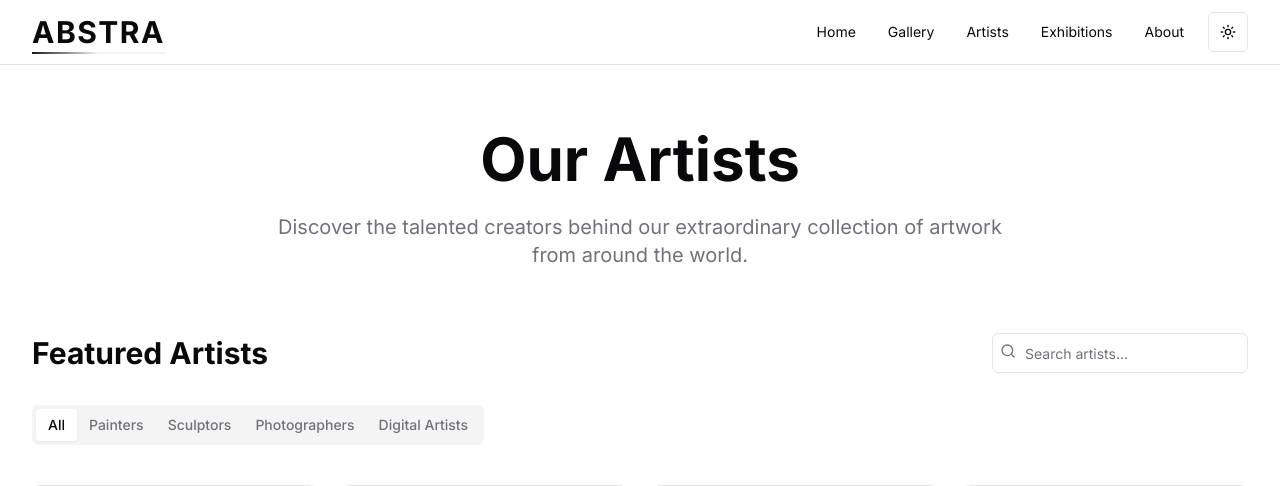
Repository: flow-ctrl369/gallery-cloneX
Page: /artists
These files come from the project's save history. The page is drawn as it stood at one moment and after the next save; the edit follows.
The browser window is 1280 px wide. The pictures show the part of the page from y = 0 to 486 px (the page is 1719 px tall).
Pictures or frames that could not be fetched are drawn as grey boxes. The project was rebuilt for these pictures with package versions that can differ from the ones it lists, and the page was loaded fresh each time. The framework's server and built-in components were replaced by stand-ins that run in the browser. Also part of the build but not shown: next.config.mjs.

Above is the page before, as saved 2025-06-02 02:17:52.

After the next save:
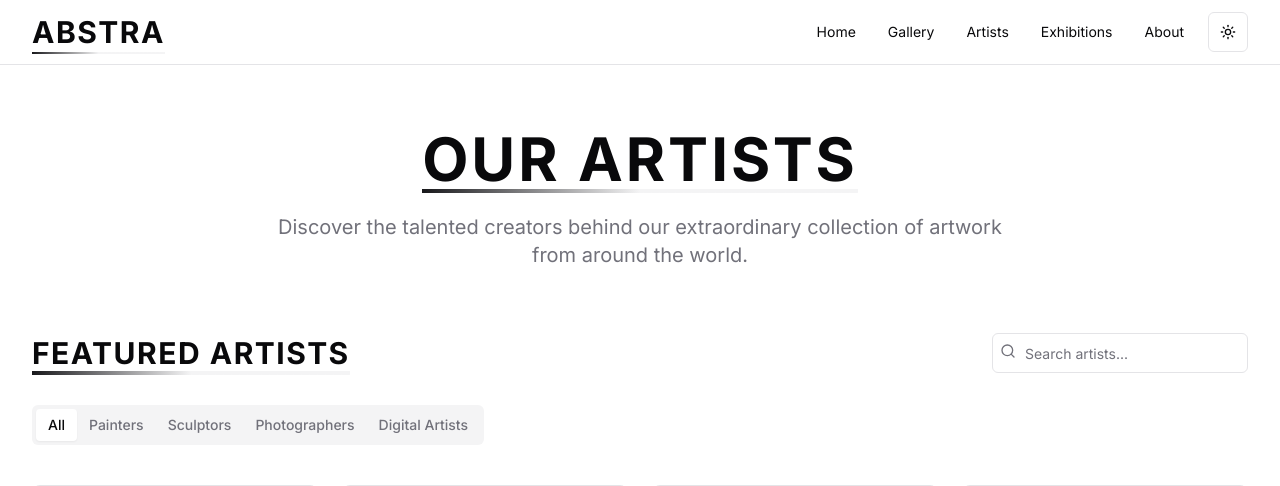
Saved 20 s later.
--- a/app/artists/page.tsx
+++ b/app/artists/page.tsx
@@ -13,7 +13,10 @@ export default function ArtistsPage() {
     <main className="min-h-screen py-16 px-4 md:px-8">
       {/* Hero Section */}
       <section className="max-w-7xl mx-auto mb-16 text-center">
-        <h1 className="text-4xl md:text-6xl font-bold mb-6">Our Artists</h1>
+        <h1 className="text-4xl md:text-6xl font-bold mb-6 uppercase tracking-wider relative inline-block">
+          Our Artists
+          <div className="absolute -bottom-1 left-0 w-full h-1 bg-gradient-to-r from-primary via-secondary to-accent" />
+        </h1>
         <p className="text-xl text-muted-foreground max-w-3xl mx-auto">
           Discover the talented creators behind our extraordinary collection of artwork from around the world.
         </p>
@@ -22,7 +25,10 @@ export default function ArtistsPage() {
       {/* Artists Section */}
       <section className="max-w-7xl mx-auto">
         <div className="flex flex-col md:flex-row justify-between items-start md:items-center gap-4 mb-8">
-          <h2 className="text-3xl font-bold">Featured Artists</h2>
+          <h2 className="text-3xl font-bold uppercase tracking-wider relative inline-block">
+            Featured Artists
+            <div className="absolute -bottom-1 left-0 w-full h-1 bg-gradient-to-r from-primary via-secondary to-accent" />
+          </h2>
           <div className="flex items-center gap-4 w-full md:w-auto">
             <div className="relative w-full md:w-64">
               <Search className="absolute left-2 top-2.5 h-4 w-4 text-muted-foreground" />
